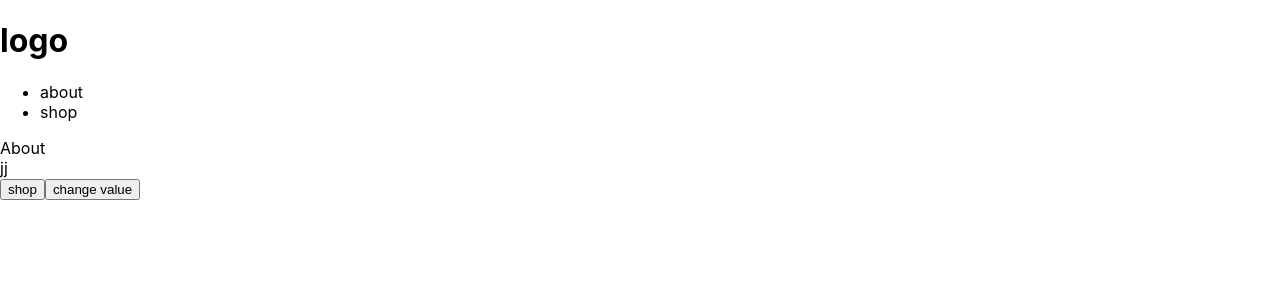
Repository: AstriaFinance/AstriaMvp
Page: /about
An editor plug-in stored every save of this project. The page is shown before and after the next save, followed by the edit.
The browser window is 1280 px wide. The pictures show the whole page.
The project was rebuilt for these pictures with package versions that can differ from the ones it lists, and the page was loaded fresh each time. Also part of the build but not shown: src/components/Shop.jsx, src/components/ErrorPage.jsx.

Above is the page before, as saved 2022-06-21 01:29:00.

### src/App.js
import {Nav, Shop, About, ErrorPage} from "./components"
import {BrowserRouter as Router,Routes, Route, Link} from"react-router-dom"
function App() {
  return (
    <Router>
    <div>

      <Nav/>

      <Routes>

      <Route path="/about" element={<About/>}/>
      <Route path="/shop/:goods" element={<Shop/>}/>
      <Route path="*" element={<ErrorPage/>}/>
   </Routes>

    </div>
    </Router>
  );
}

export default App;

### src/components/index.js
export{default as About} from "./About"
export{default as Nav} from "./Nav"
export{default as Shop} from "./Shop"
export {default as ErrorPage} from "./ErrorPage"

### src/components/About.jsx
import  {React, useState} from 'react'
import { useNavigate } from 'react-router-dom'


const About = () => {
    const [name, setName]=useState("")
    let navigate=useNavigate()

  return (
    <div>About
        <div id="name">jj</div>
        <button onClick={()=>{navigate("/shop")}}>shop</button>
        <button onClick={()=>{setName("lll")}}>change value</button>
    </div>
  )
}

export default About

### src/components/Nav.jsx
import React from 'react'

const Nav = () => {
  return (
    <div>
        <h1>logo</h1>
        <ul>
            <li>about</li>
            <li>shop</li>
        </ul>
    </div>
  )
}

export default Nav

Loaded but not shown: public/index.html (common file); src/index.js (common file); src/index.css (common file); src/reportWebVitals.js (common file)

After the next save:
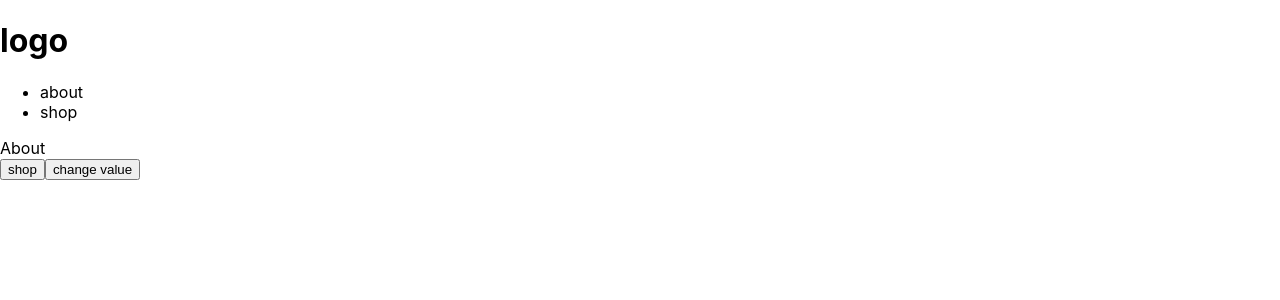
Saved 21 s later.
--- a/src/components/About.jsx
+++ b/src/components/About.jsx
@@ -8,7 +8,7 @@ const About = () => {
 
   return (
     <div>About
-        <div id="name">jj</div>
+        <div id="name">{name}</div>
         <button onClick={()=>{navigate("/shop")}}>shop</button>
         <button onClick={()=>{setName("lll")}}>change value</button>
     </div>
